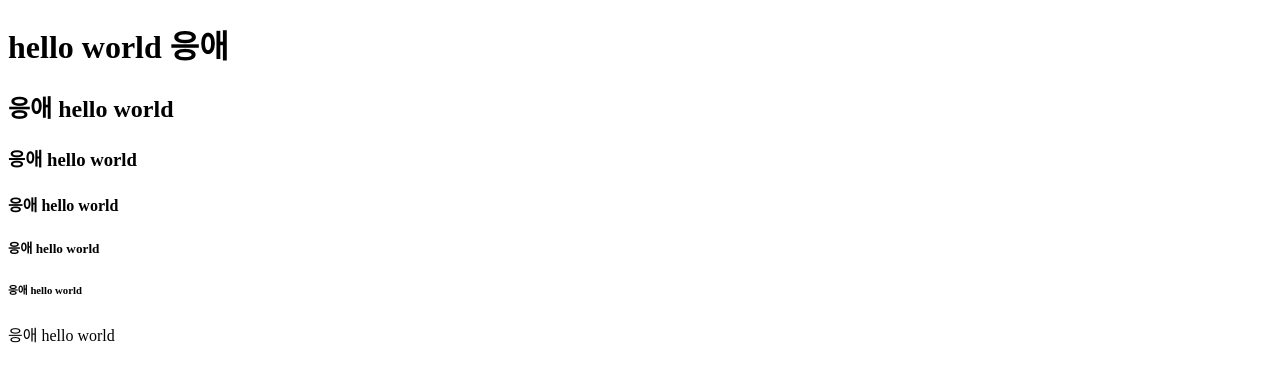
Repository: jaehyeon0418/workspace123
Page: w1021/src/main/webapp/h1021_01.html
An editor plug-in stored every save of this project. The page is shown before and after the next save, followed by the edit.
The browser window is 1280 px wide. The pictures show the whole page.

Above is the page before, as saved 2022-10-21 02:10:53.

### w1021/src/main/webapp/h1021_01.html
<!DOCTYPE html>
<html lang="ko">
<head>
<meta charset="UTF-8">
<title>여기는 제목입니다.</title>
</head>
<body>
<h1> hello world 응애 </h1>
<h2> 응애 hello world </h2>
<h3> 응애 hello world </h3>
<h4> 응애 hello world </h4>
<h5> 응애 hello world </h5>
<h6> 응애 hello world </h6>
<h7> 응애 hello world </h7>
</body>
</html>

After the next save:
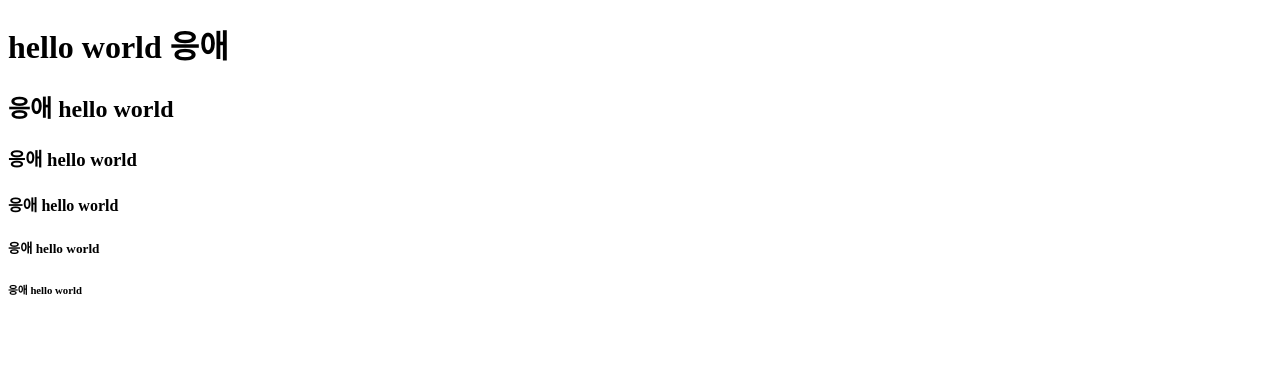
Saved 11 s later.
--- a/w1021/src/main/webapp/h1021_01.html
+++ b/w1021/src/main/webapp/h1021_01.html
@@ -11,6 +11,5 @@
 <h4> 응애 hello world </h4>
 <h5> 응애 hello world </h5>
 <h6> 응애 hello world </h6>
-<h7> 응애 hello world </h7>
 </body>
 </html>
